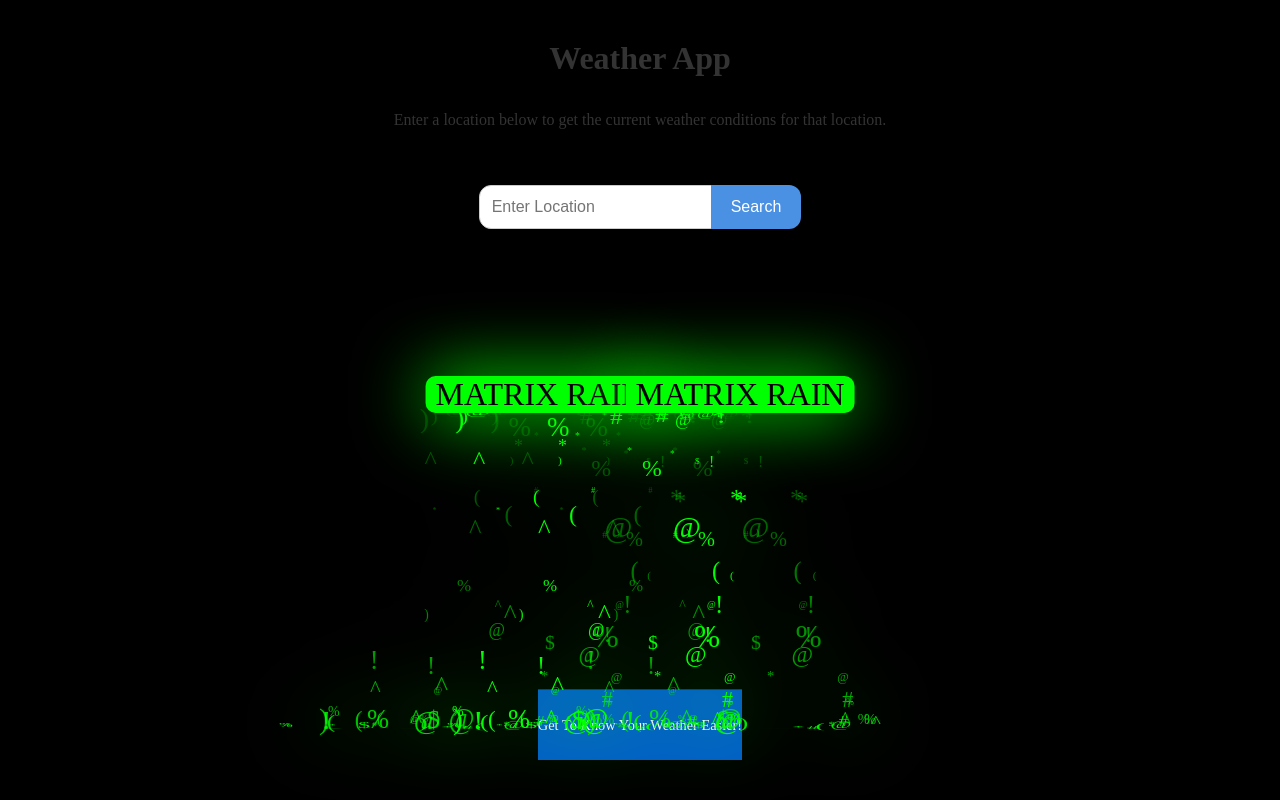
Repository: AlaaYou/Weather-App
Page: index.html
The author's editor kept a copy of each file at every save. The page is drawn from the files as they stood at one save, then again after the next save.
The browser window is 1280 px wide. The pictures show the whole page.

Above is the page before, as saved 2024-10-20 23:49:49.

### index.html
<!DOCTYPE html>
<html lang="en">
  <head>
    <meta charset="UTF-8" />
    <meta name="viewport" content="width=device-width, initial-scale=1.0" />
    <link rel="stylesheet" href="styles.css" />
    <title>Weather App</title>
  </head>
  <body>
    <!-- Header -->
    <header>
      <h1>Weather App</h1><br>
      <p>
        Enter a location below to get the current weather conditions for that
        location.
      </p>
    </header>
    <!-- main content -->
    <main>
      <!-- search box -->
      <section class="search-box">
        <input type="text" id="location-input" placeholder="Enter Location" />

        <button id="search-button">Search</button>
      </section>
      <!-- errror /loading -->
      <div id="loading" style="display: none">Loading...</div>
      <div id="error" style="display: none">Error data Not Found</div>
      <!-- weather content -->
      <section
        class="weather-display"
        id="weather-display"
        style="display: none"
      >
        <div class="temp-display"><span id="temperature">--</span> °C</div>
        <div class="condition-display">
          <span id="condition">--</span>
        </div>

        <!-- condition info -->
        <div class="condition-info">
          <span id="wind-speed">Wind Speed: --</span>
          <span id="humidity">Humidity: --</span>
        </div>
      </section>
      <div class="container">
        <div class="cloud left-cloud">
          <h2>Matrix Rain</h2>
        </div>
        <div class="cloud right-cloud">
          <h2>Matrix Rain</h2>
        </div>
      </div>
    </main>
    <!-- footer -->
    <footer>
      <p>Get To Know Your Weather Easier!</p>
    </footer>
    <!-- js goes here -->
    <script src="script.js"></script>
  </body>
</html>

### styles.css
@import url('https://fonts.googleapis.com/css2?family=Poppins:ital,wght@0,100;0,200;0,300;0,400;0,500;0,600;0,700;0,800;0,900;1,100;1,200;1,300;1,400;1,500;1,600;1,700;1,800;1,900&display=swap');

:root {
  --clr: #0f0;
}

body,
h1 {
  margin: 0;
  padding: 0;
}

body {
  display: flex;
  flex-direction: column;
  min-height: 100vh;
  background: #000;
  color: #333;
  justify-content: center;
  align-items: center;
  padding: 40px 0;
}

main {
  flex-grow: 1;
}

header {
  text-align: center;
  margin-bottom: 20px;
}

.search-box {
  display: flex;
  justify-content: center;
  align-items: center;
  margin: 20px 0;
}

input[type="text"] {
  padding: 12px;
  border: 1px solid #ccc;
  border-radius: 12px 0 0 12px;
  font-size: 1em;
  width: auto;
  margin-right: -1px;
}

button {
  background-color: #4a90e3;
  color: #fff;
  border: none;
  border-radius: 0 12px 12px 0;
  padding: 13px 20px;
  cursor: pointer;
  font-size: 1em;
  transition: background-color 0.3s ease;
}

button:hover {
  background-color: #035dcb;
}

/* Weather content */
.weather-display {
  text-align: center;
  padding: 20px;
}

.temp-display,
.condition-display {
  font-size: 2.5em;
  margin-bottom: 10px;
}

.condition-info span {
  margin-right: 15px;
  font-size: 1.2em;
}

#loading,
#error {
  text-align: center;
  font-size: 1.2em;
  margin-top: 20px;
}

#loading {
  color: #4a90e3;
}

#error {
  color: red;
}

footer {
  text-align: center;
  background-color: #035dcb;
  color: #fff;
  padding: 12px 0;
  border-top: 1px solid #333;
  font-size: 0.9em;
}

.container {
  position: relative;
  top: 100px;
  height: 400px;
  width: 100%;
  display: flex;
  justify-content: space-between; /* Aligns children to the sides */
  animation: animateColor 5s linear infinite;
}

.container .cloud {
  position: relative;
  width: 200px; /* Adjusted width to fit better */
  z-index: 100;
  filter: drop-shadow(0 0 35px var(--clr));
}

.container .cloud h2 {
  position: absolute;
  left: 50%;
  transform: translateX(-50%);
  white-space: nowrap;
  color: #000;
  font-size: 2em;
  z-index: 1000;
  font-weight: 400;
  padding: 0 10px;
  border-radius: 10px;
  text-transform: uppercase;
  background: var(--clr);
}

.left-cloud {
  margin-left: 20px; /* Adjust for spacing */
}

.right-cloud {
  margin-right: 20px; /* Adjust for spacing */
}

@keyframes animateColor {
  0% {
    filter: hue-rotate(0deg);
  }
  100% {
    filter: hue-rotate(360deg);
  }
}

.cloud .drop {
  position: absolute;
  top: 60px;
  height: 20px;
  line-height: 20px;
  color: var(--clr);
  transform-origin: bottom;
  animation: animate 2s linear infinite;
}

@keyframes animate {
  0% {
    transform: translateY(0) scaleY(0);
    transform-origin: top;
  }
  10% {
    transform: translateY(0) scaleY(0.25);
    transform-origin: top;
  }
  20% {
    transform: translateY(0) scaleY(1);
  }
  70% {
    transform: translateY(300px) scaleY(1);
    transform-origin: bottom;
  }
  80% {
    transform: translateY(300px) scaleY(1);
    transform-origin: bottom;
  }
  100% {
    transform: translateY(300px) scaleY(0);
    transform-origin: bottom;
    text-shadow: -180px 0 0 var(--clr), 180px 0 var(--clr);
  }
}

### script.js
async function fetchWeather(location) {
    //api
    const apiKey = "094b545dde613af5667ba10639a224f8";
    const url = `http://api.openweathermap.org/data/2.5/weather?q=${location}&appid=${apiKey}&units=metric`;
    const response = await fetch(url);

    if (response.ok) {
      const data = await response.json();
      return data;
    } else {
      throw new Error("Failed to fetch weather data");
    }
  }
  //Display the weather
  function dispplayWeather(data) {
    console.log(data);
    //select the  DOM
    const weatherDisplay = document.getElementById("weather-display");
    const temperature = document.getElementById("temperature");
    const condition = document.getElementById("condition");
    const windSpeed = document.getElementById("wind-speed");
    const humidity = document.getElementById("humidity");

    temperature.textContent = data.main.temp;
    condition.textContent = data.weather[0].main;
    windSpeed.textContent = `Wind Speed: ${data.wind.speed}m/s`;
    humidity.textContent = `Humidity: ${data.main.humidity}%`;
    weatherDisplay.style.display = "block";
  }

  function toggleElementVisibility(id, show) {
    const element = document.getElementById(id);
    element.style.display = show ? "block" : "none";
  }

  //DOM content Loaded
  document.addEventListener("DOMContentLoaded", () => {
    const searchButton = document.getElementById("search-button");
    const locationInput = document.getElementById("location-input");
    searchButton.addEventListener("click", async () => {
      toggleElementVisibility("loading", true); //Show loading
      toggleElementVisibility("error", false);

      //get data
      const location = locationInput.value;

      try {
        const weatherData = await fetchWeather(location);
        toggleElementVisibility("loading", false);
        dispplayWeather(weatherData);
        console.log(weatherData);
      } catch (error) {
        toggleElementVisibility("error", true);
        toggleElementVisibility("loading", false);
      }
    });
  });

  function randomText(){
    var text = ("!@#$%^*()")
    letters =text[Math.floor(Math.random() * text.length)];
    return letters;
}

function rain() {
    let cloud = document.querySelector('.cloud');
    let e = document.createElement('div');
    e.classList.add('drop');
    cloud.appendChild(e);

    let left = Math.floor(Math.random() * 300)
    let size = Math.random() * 1.5;
    let duration = Math.random() *1;

    e.innerText = randomText();
    e.style.left = left + 'px';
    e.style.fontSize = 0.5+size +'em';
    e.style.animationDuration = 1+duration+'s';

      setTimeout(function(){
      cloud.removeChild(e)
      },2000)
}

setInterval(function(){
    rain()
},20);

After the next save:
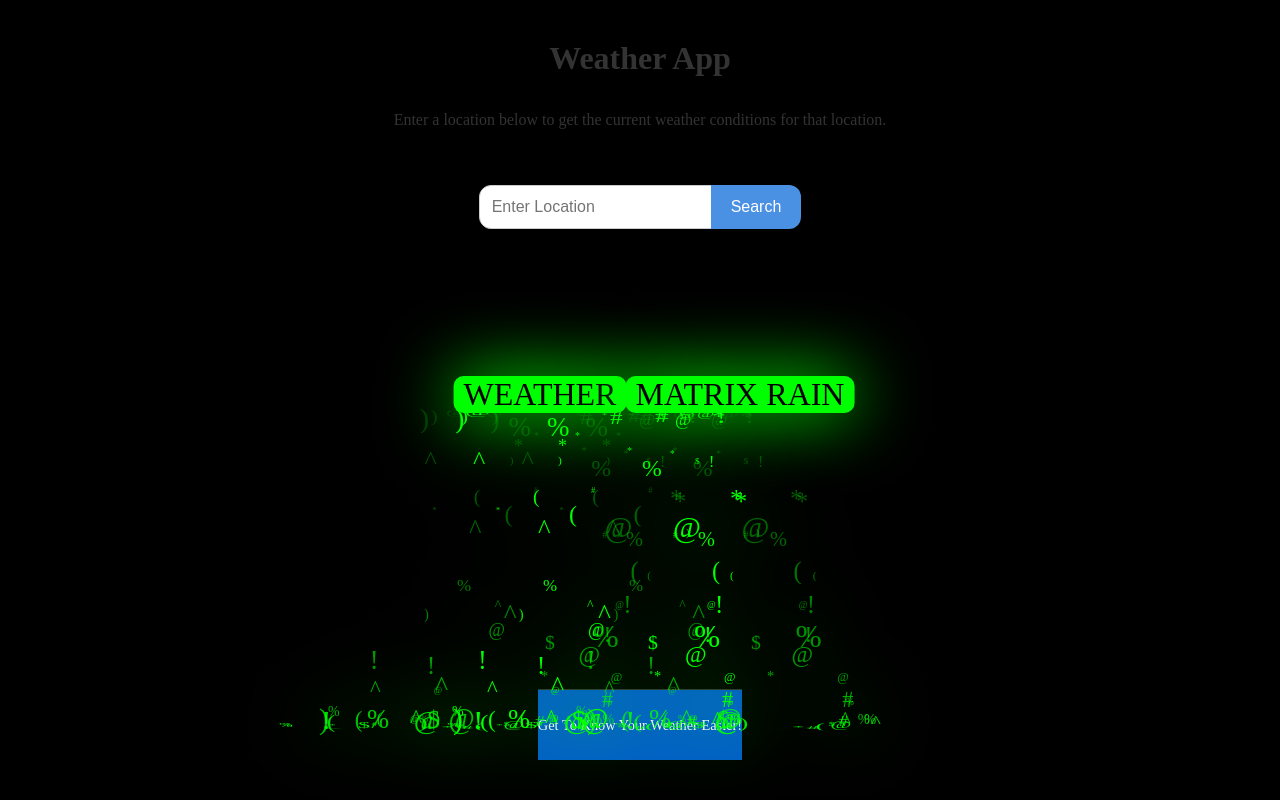
Saved 26 s later.
--- a/index.html
+++ b/index.html
@@ -45,7 +45,7 @@
       </section>
       <div class="container">
         <div class="cloud left-cloud">
-          <h2>Matrix Rain</h2>
+          <h2>Weather     </h2>
         </div>
         <div class="cloud right-cloud">
           <h2>Matrix Rain</h2>
